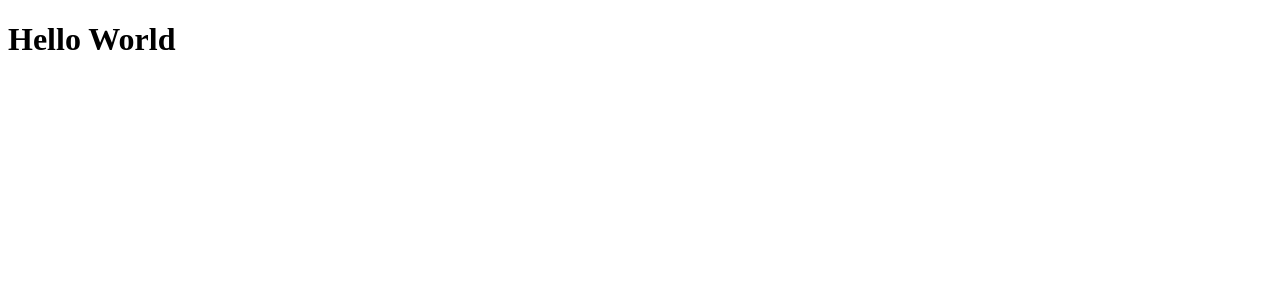
Repository: RShalman/rshalman.github.io
Page: index.html
The author's editor kept a copy of each file at every save. The page is drawn from the files as they stood at one save, then again after the next save.
The browser window is 1280 px wide. The pictures show the whole page.

Above is the page before, as saved 2018-10-12 15:05:08.

After the next save:
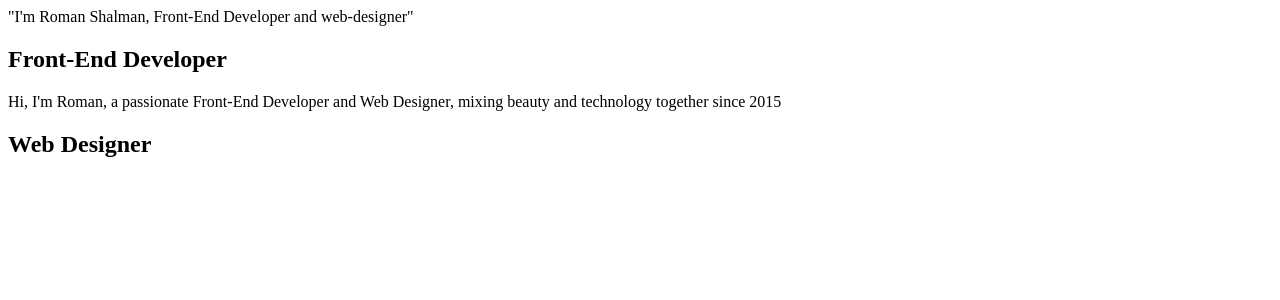
Saved 5 days later.
--- a/index.html
+++ b/index.html
@@ -3,12 +3,18 @@
 <head>
     <meta charset="utf-8" />
     <meta http-equiv="X-UA-Compatible" content="IE=edge">
-    <title>Page Title</title>
+    <title>Roman Shalman - Front-End Developer</title>
+    <description>"I'm Roman Shalman, Front-End Developer and web-designer"</description>
     <meta name="viewport" content="width=device-width, initial-scale=1">
     <link rel="stylesheet" type="text/css" media="screen" href="css/main.css" />
     <script src="js/main.js"></script>
 </head>
 <body>
-    <h1>Hello World</h1>
+    <section id="intro">
+        <h1 id="title">Front-End Developer</h1>
+        <p id="description">Hi, I'm Roman, a passionate Front-End Developer and Web Designer, mixing beauty and technology together since 2015</p>
+        <h2 id="second-prof">Web Designer</h2>
+        <a href="mailto:romanshalman@gmail.com" class="my_btn"></a>
+    </section>
 </body>
 </html>
